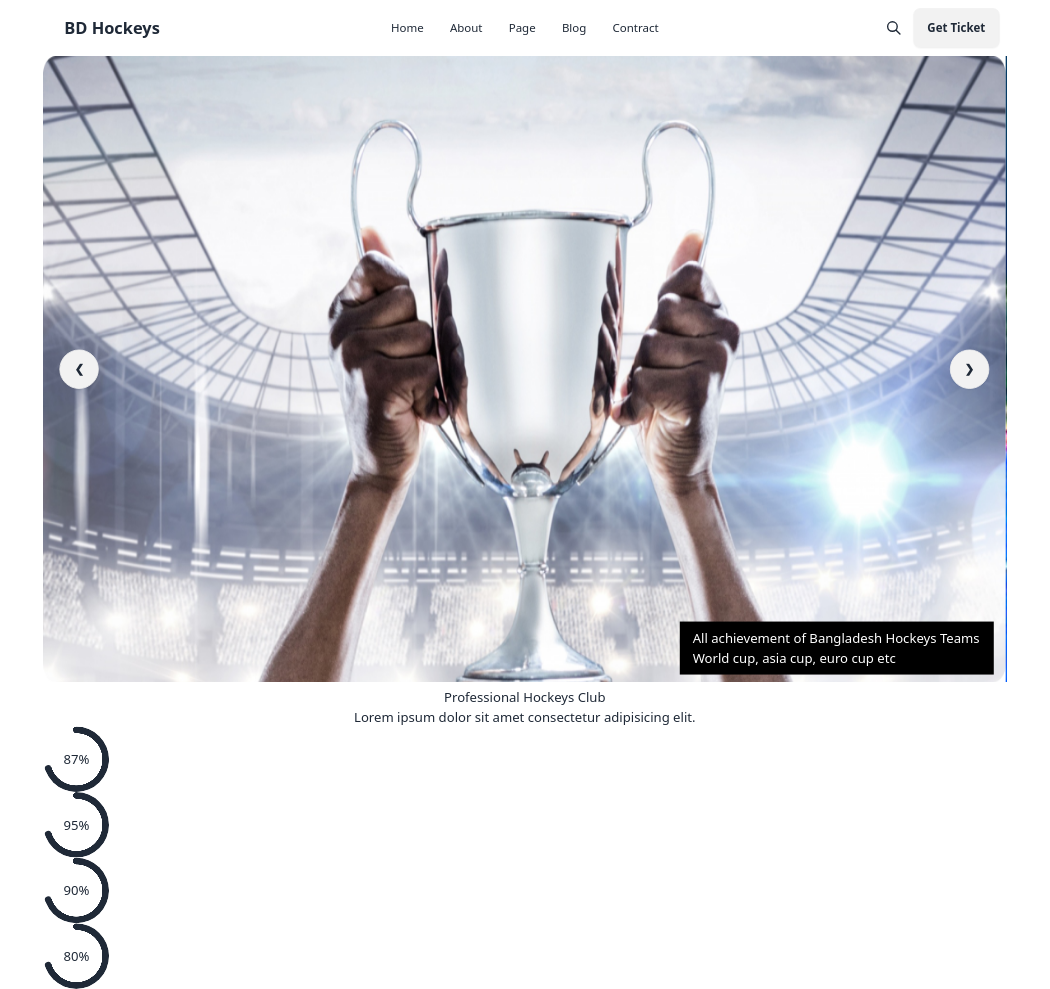
Repository: sumonkumarsarkar/bd-hockeys-team
Page: index.html
These files come from the project's save history. The page is drawn as it stood at one moment and after the next save; the edit follows.
The browser window is 1280 px wide. The pictures show the whole page, at 82% of full size.
Some web libraries are served in a nearby version.

Above is the page before, as saved 2024-01-23 12:18:24.

After the next save:
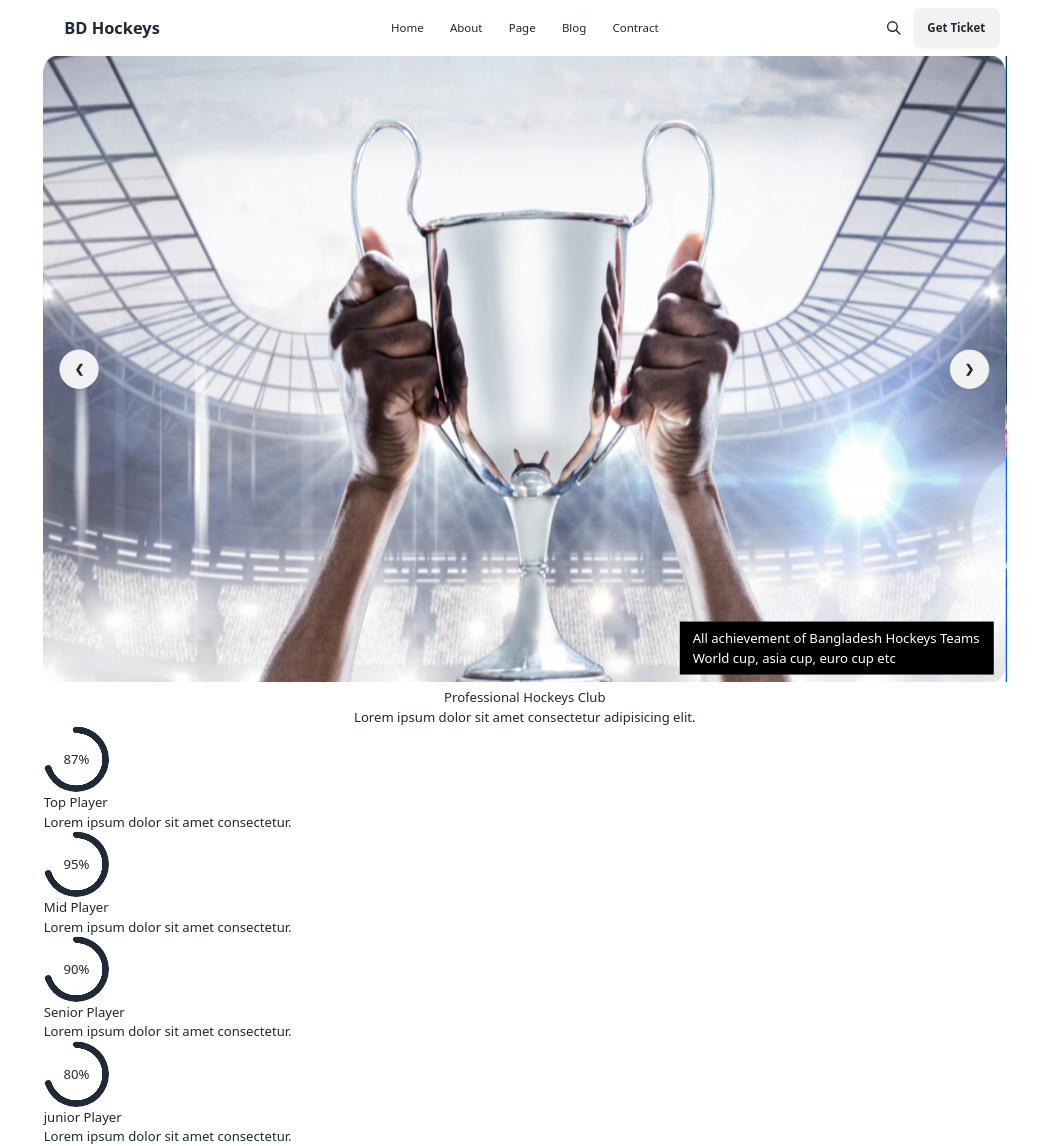
Saved 2 min 46 s later.
--- a/index.html
+++ b/index.html
@@ -111,19 +111,26 @@
 
        <!-- card  -->
 
-       <div>
+       <div class="gird grid-flow-col gap-3">
         <div>
-            <div class="radial-progress" style="--value:70;" role="progressbar">87%</div>
-
+         <div class="radial-progress" style="--value:70;" role="progressbar">87%</div>
+         <h3>Top Player</h3>
+         <p>Lorem ipsum dolor sit amet consectetur.</p>
         </div>
         <div>
             <div class="radial-progress" style="--value:70;" role="progressbar">95%</div>
+            <h3>Mid Player</h3>
+            <p>Lorem ipsum dolor sit amet consectetur.</p>
         </div>
         <div>
             <div class="radial-progress" style="--value:70;" role="progressbar">90%</div>
+            <h3>Senior Player</h3>
+            <p>Lorem ipsum dolor sit amet consectetur.</p>
         </div>
         <div>
             <div class="radial-progress" style="--value:70;" role="progressbar">80%</div>
+            <h3>junior Player</h3>
+            <p>Lorem ipsum dolor sit amet consectetur.</p>
         </div>
        </div>
 
